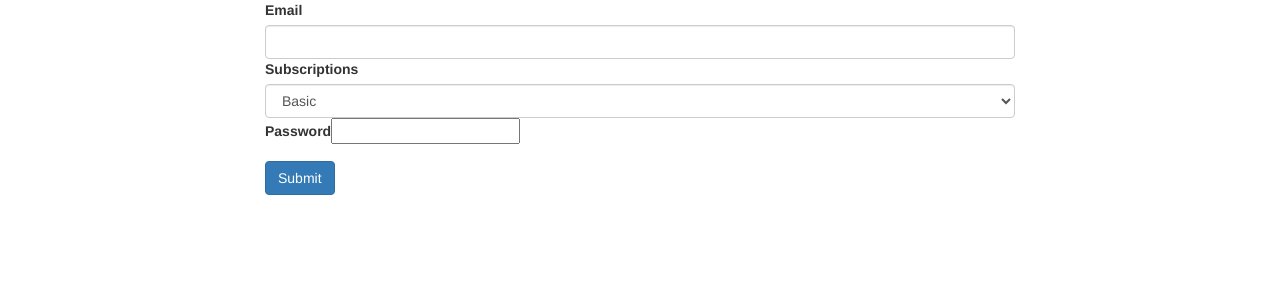
Repository: NikitasX/AngularCourse
Page: / (app in td-forms-assignment/)
These files come from the project's save history. The page is drawn as it stood at one moment and after the next save; the edit follows.
The browser window is 1280 px wide. The pictures show the whole page.
The project was rebuilt for these pictures with package versions that can differ from the ones it lists, and the page was loaded fresh each time. Also part of the build but not shown: td-forms-assignment/angular.json.

Above is the page before, as saved 2020-09-25 16:35:51.

After the next save:
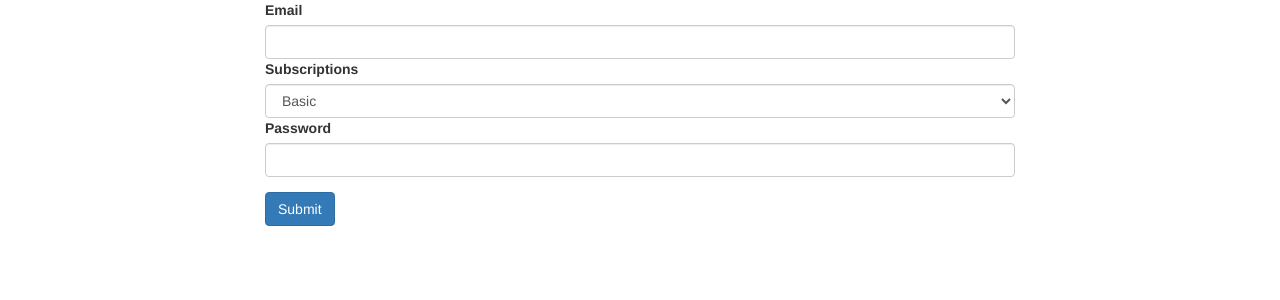
Saved 15 s later.
--- a/td-forms-assignment/src/app/app.component.html
+++ b/td-forms-assignment/src/app/app.component.html
@@ -24,7 +24,7 @@
             <input
             type="password"
             name="password"
-            class="form-cotrol"
+            class="form-control"
             required>
         </div>
         <button class="btn btn-primary" type="submit">Submit</button>
